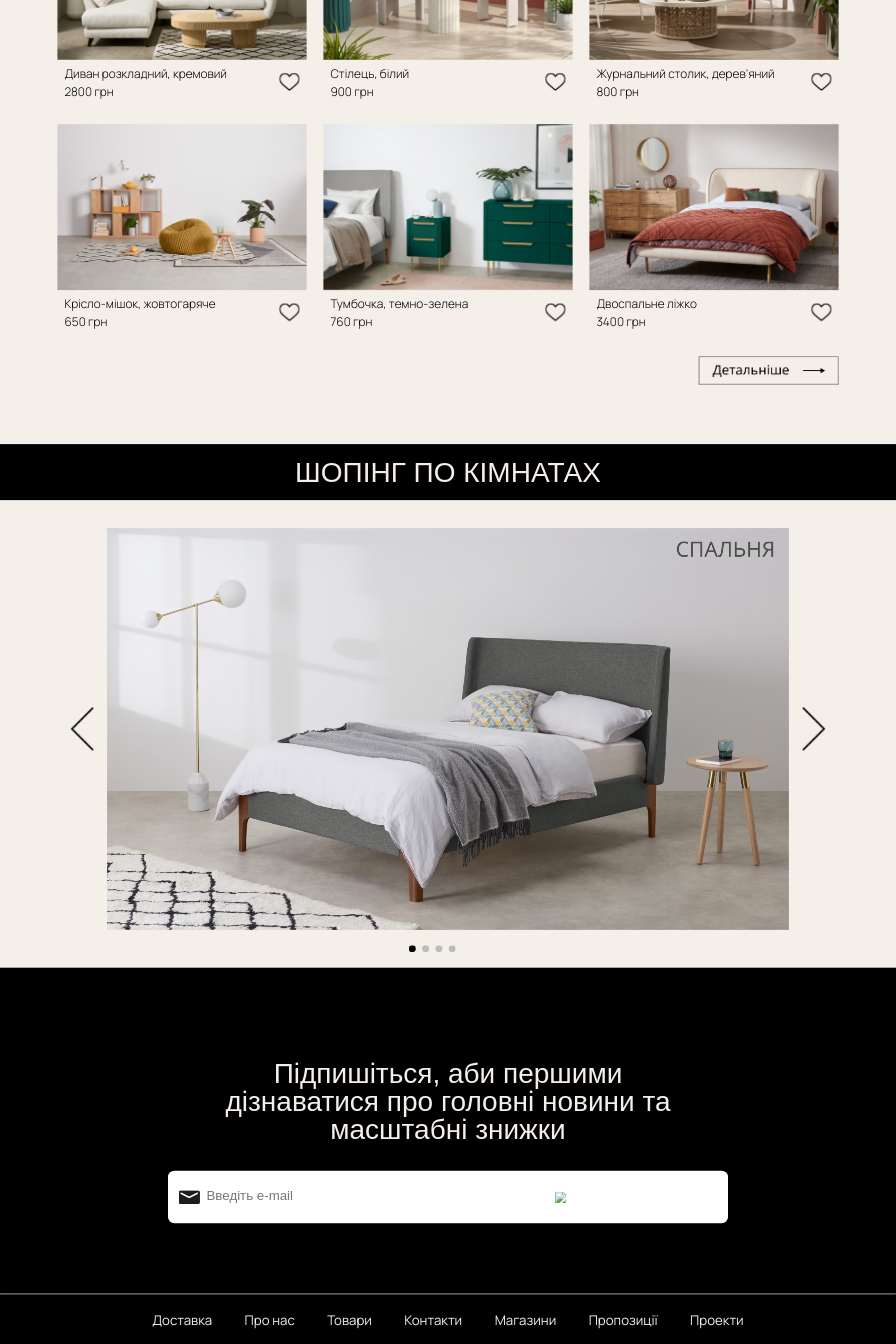
Repository: malykhinaIra/laravel
Page: http://localhost/Lend
The author's editor kept a copy of each file at every save. The page is drawn from the files as they stood at one save, then again after the next save.
The browser window is 1280 px wide. The pictures show the part of the page from y = 2189 to 4109 px (the page is 4109 px tall before and 3744 px after), at 70% of full size.
Some web fonts or font styles are not loaded; a fallback is used. The page is served by the project's Laravel application, run on PHP 8.4 with Laravel 9.

Above is the page before, as saved 2022-05-09 16:49:14.

After the next save:
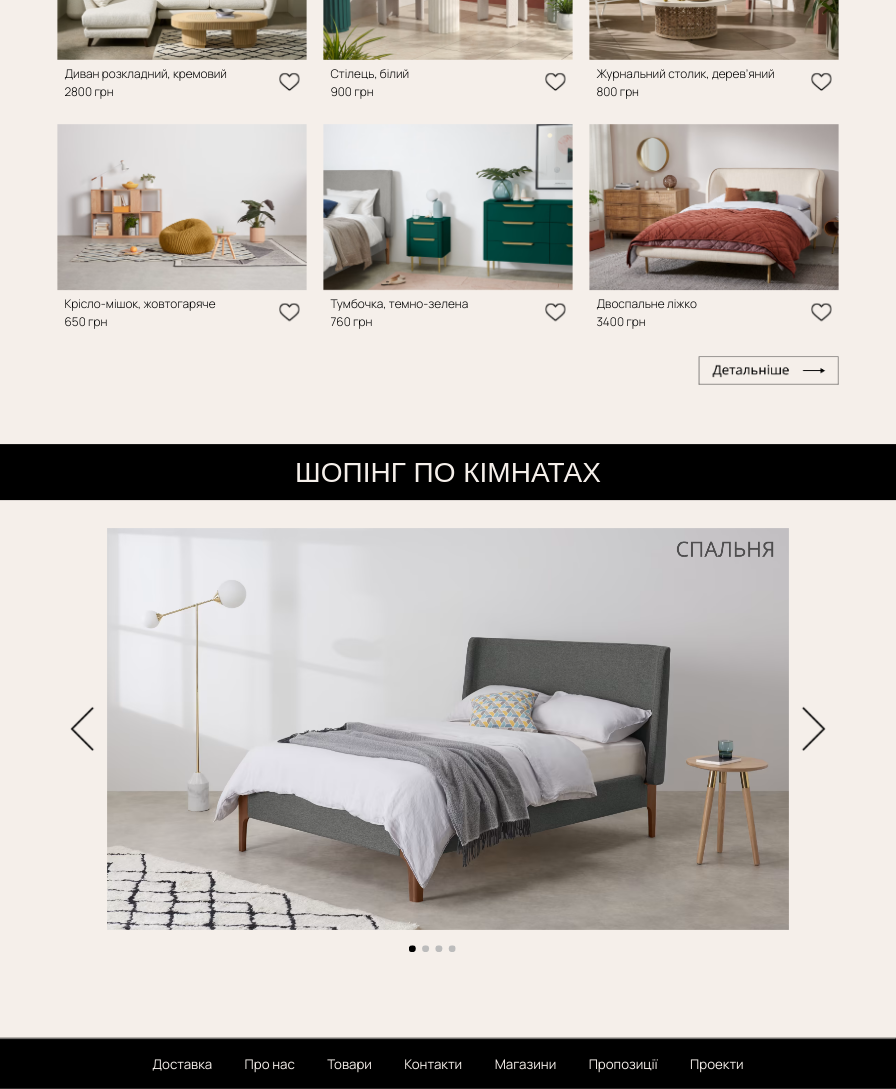
Saved 115 s later.
--- a/blog/resources/views/lend.blade.php
+++ b/blog/resources/views/lend.blade.php
@@ -200,26 +200,7 @@
     <br>
     <footer id="bottom">
         <section class="form">
-            <?php if (!isset($_POST["mail"])) { ?>
-                <p>Підпишіться, аби першими дізнаватися про головні новини та масштабні знижки</p>
-                <div class="subscribe">
-                    <form method="POST" action="/yourReview" style="width:800px; margin: 0; display: flex; align-items: center;">
-                        <div style="display: flex; align-items: center;">
-                            <img src="img/Shape.svg" class="message">
-                            <input style="width:500px; outline: none; border: none; font-size: 25px;" type="text" name="mail" placeholder="Введіть e-mail">
-                        </div>
-                        <button type="submit" style="background: none; border: 0; padding:0;"><img src="img//Group 61.svg" class="sub-btn"></button>
-                    </form>
-                </div>
-            <?php } else { ?>
-                <p style="padding-top: 130px; color: #F5EFEA">Дякуємо за підписку! Перевірте свою поштову скриньку
-                    <?php
-                    echo htmlspecialchars($_POST["mail"]);
-                    ?>
-                    <a style="color: #F5EFEA; border: 0; padding:0;">
-                        <p style="font-style: italic; padding: 0px; font-size:25px;">Назад
-                    </a>
-                <?php } ?>
+        @yield('form')
 
         </section>
         <hr>
